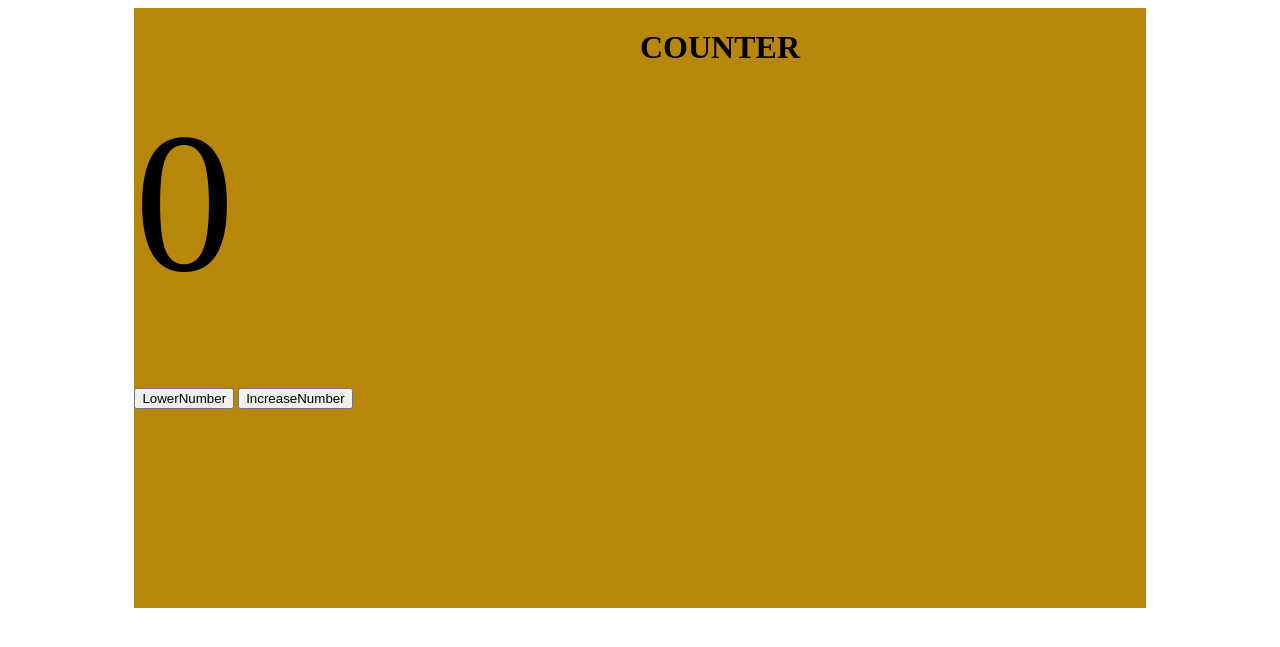
Repository: Sgalstyan06/counterNum
Page: index.html
An editor plug-in stored every save of this project. The page is shown before and after a run of saves, followed by the edit.
The browser window is 1280 px wide. The pictures show the whole page.

Above is the page before, as saved 2022-02-14 16:53:42.

After the next 3 saves:
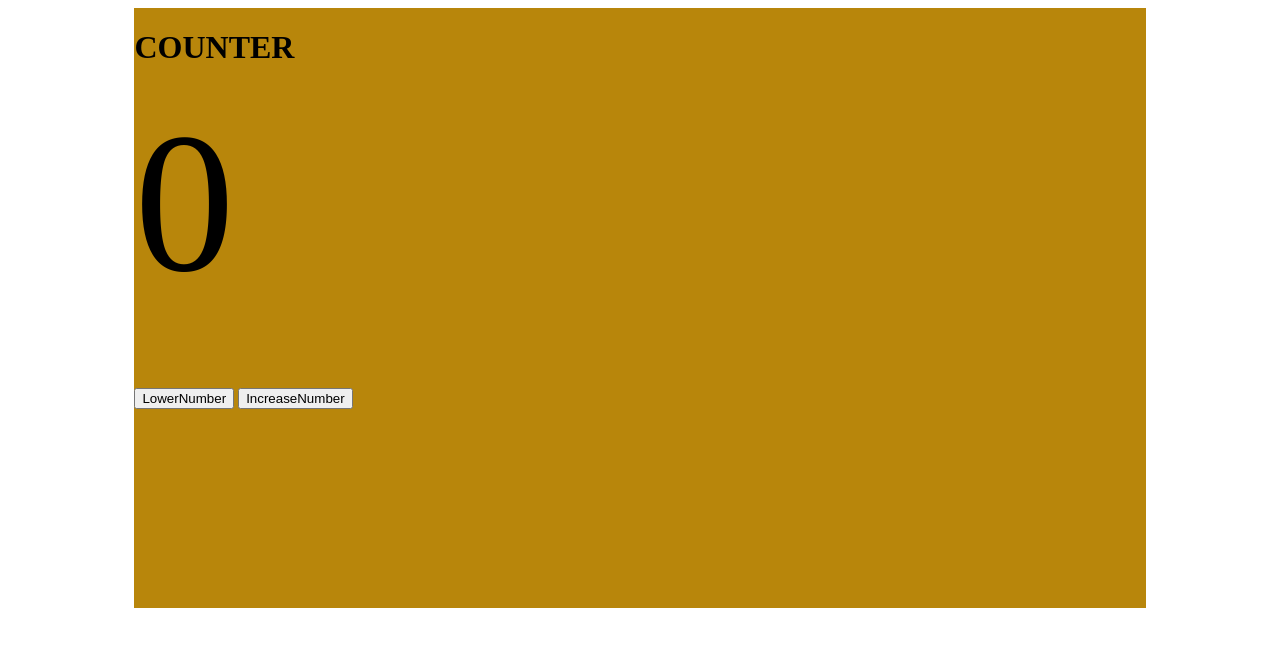
The 3 saves are shown as one change because they came seconds apart.
The last was saved 8 s later.
--- a/style.css
+++ b/style.css
@@ -8,7 +8,7 @@
 }
 h1{
    padding-left: 50%;
-   transform: translate();
+   transform: translate(-50%);
 }
 
 .result{

After the 2 saves that followed:
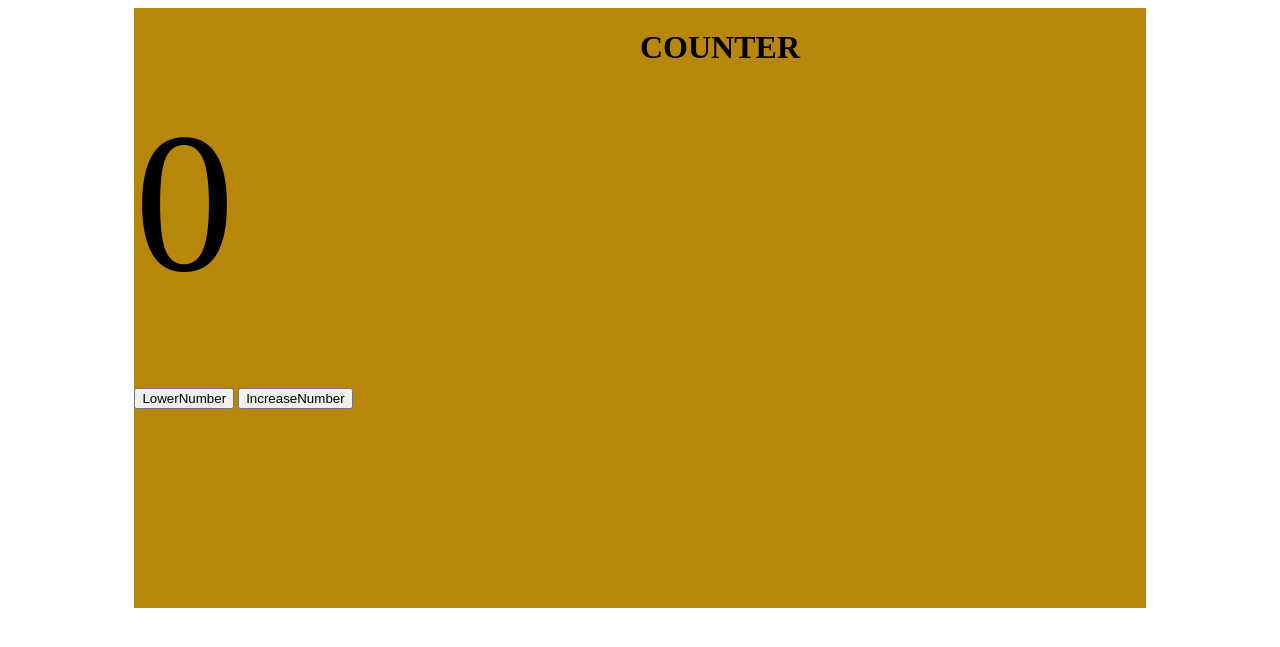
The 2 saves are shown as one change because 1 left the picture as it was.
The last was saved 13 s later.
--- a/style.css
+++ b/style.css
@@ -8,7 +8,7 @@
 }
 h1{
    padding-left: 50%;
-   transform: translate(-50%);
+   transform: translate(-50% -50%);
 }
 
 .result{
